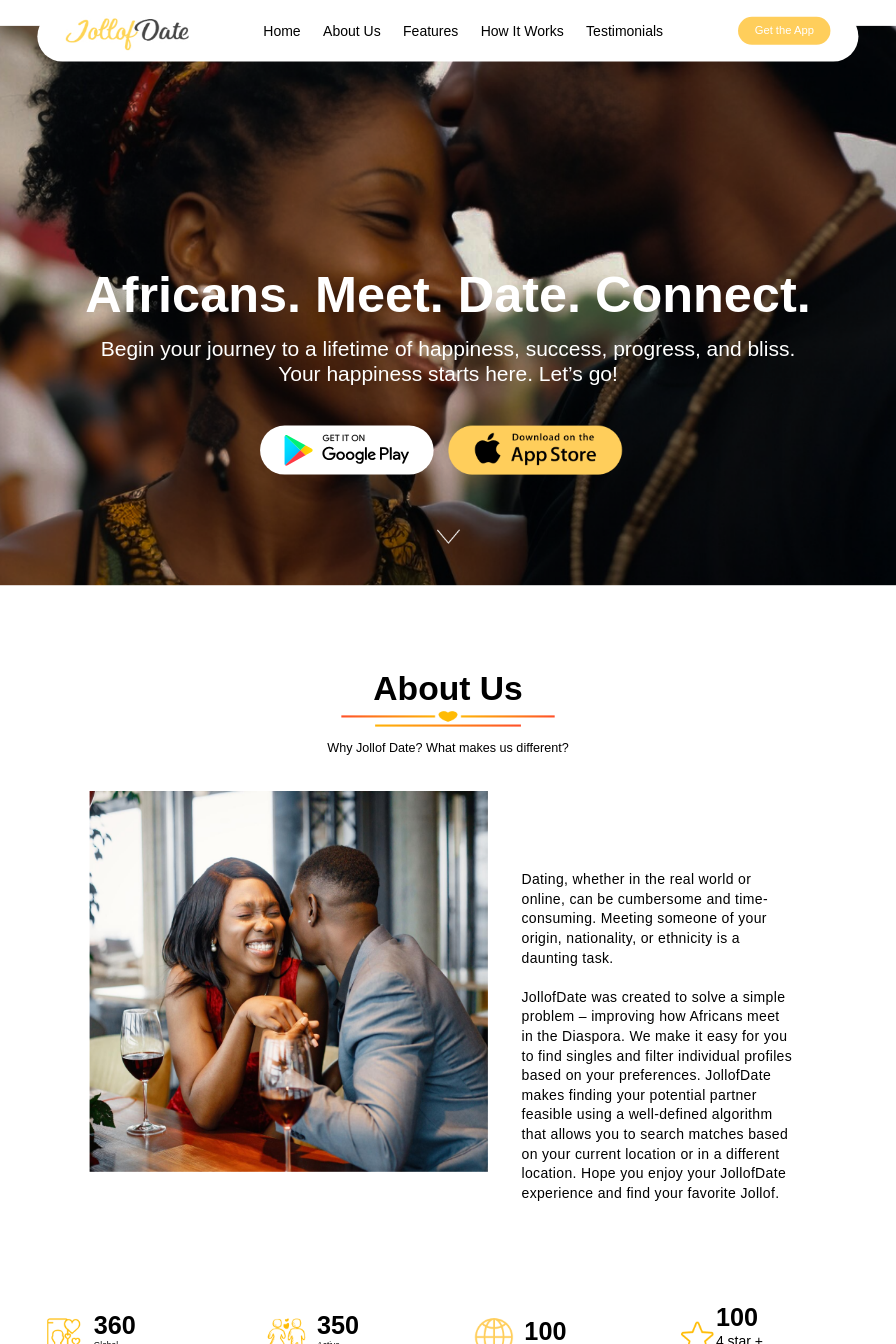
Repository: FarhanNasiru/jollofdate-frontend
Page: /
The author's editor kept a copy of each file at every save. The page is drawn from the files as they stood at one save, then again after the next save.
The browser window is 1280 px wide. The pictures show the part of the page from y = 0 to 1920 px (the page is 7252 px tall before and 7364 px after), at 70% of full size.
Some web fonts or font styles are not loaded; a fallback is used. The project was rebuilt for these pictures with package versions that can differ from the ones it lists, and the page was loaded fresh each time. Also part of the build but not shown: vite.config.js, src/Pages/Footer2.jsx, src/components/Header2.jsx, src/Pages/privacy.jsx, src/Pages/Term.jsx.

Above is the page before, as saved 2024-08-20 16:42:39.

After the next save:
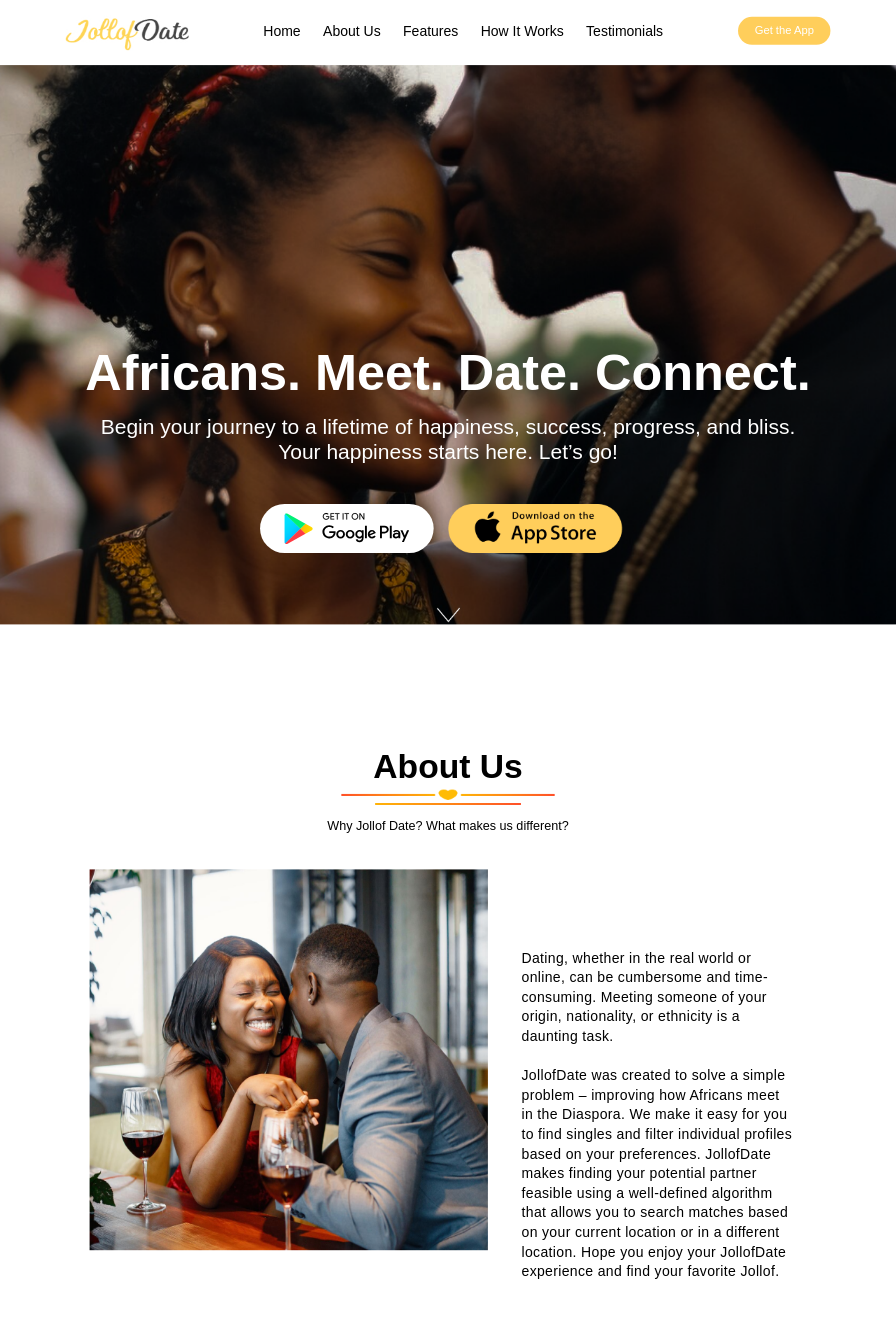
Saved 14 s later.
--- a/src/Pages/Home.jsx
+++ b/src/Pages/Home.jsx
@@ -16,7 +16,7 @@
         id="home"
         className="pl-8 pr-8 justify-center bg-center bg-no-repeat items-center w-full lg:pt-96 lg:pb-9 bg-[url('/Images/Home-bg.png')] "
       >
-        <h1 className="  text-wrap text-white text-7xl md:text-7xl  font-medium md:font-semibold text-center pb-6 h-auto">
+        <h1 className="  text-wrap text-white text-7xl md:text-7xl  font-medium md:font-semibold text-center pt-28 pb-6 h-auto">
           Africans. Meet. Date. Connect.{" "}
         </h1>
         <p className=" text-2xl px-6 text-center text-white font-normal md:text-3xl">

After the save that followed:
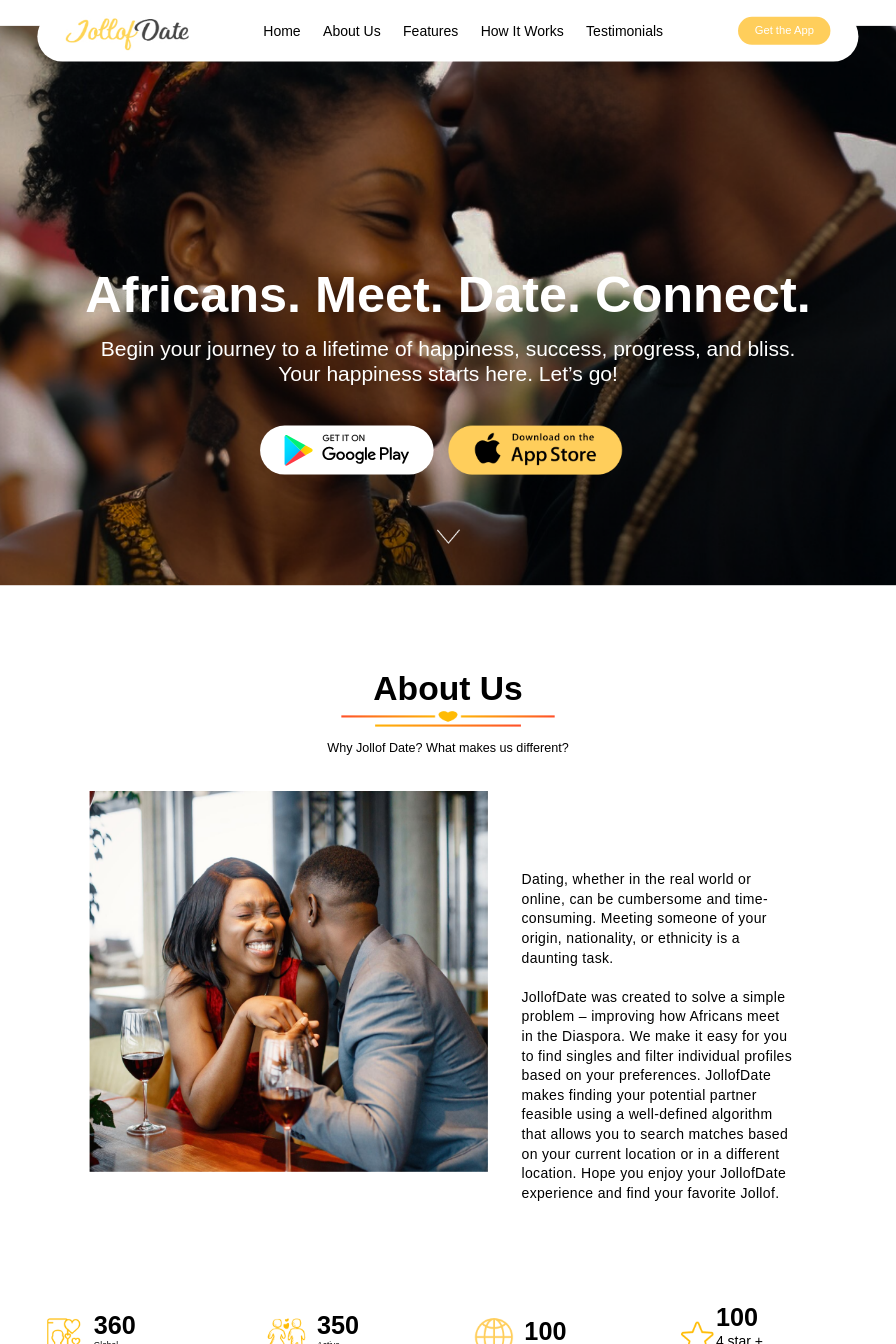
Saved 73 s later.
--- a/src/Pages/Home.jsx
+++ b/src/Pages/Home.jsx
@@ -16,7 +16,7 @@
         id="home"
         className="pl-8 pr-8 justify-center bg-center bg-no-repeat items-center w-full lg:pt-96 lg:pb-9 bg-[url('/Images/Home-bg.png')] "
       >
-        <h1 className="  text-wrap text-white text-7xl md:text-7xl  font-medium md:font-semibold text-center pt-28 pb-6 h-auto">
+        <h1 className="  text-wrap text-white text-7xl md:text-7xl  font-medium md:font-semibold text-center pt-auto pb-6 h-auto">
           Africans. Meet. Date. Connect.{" "}
         </h1>
         <p className=" text-2xl px-6 text-center text-white font-normal md:text-3xl">
